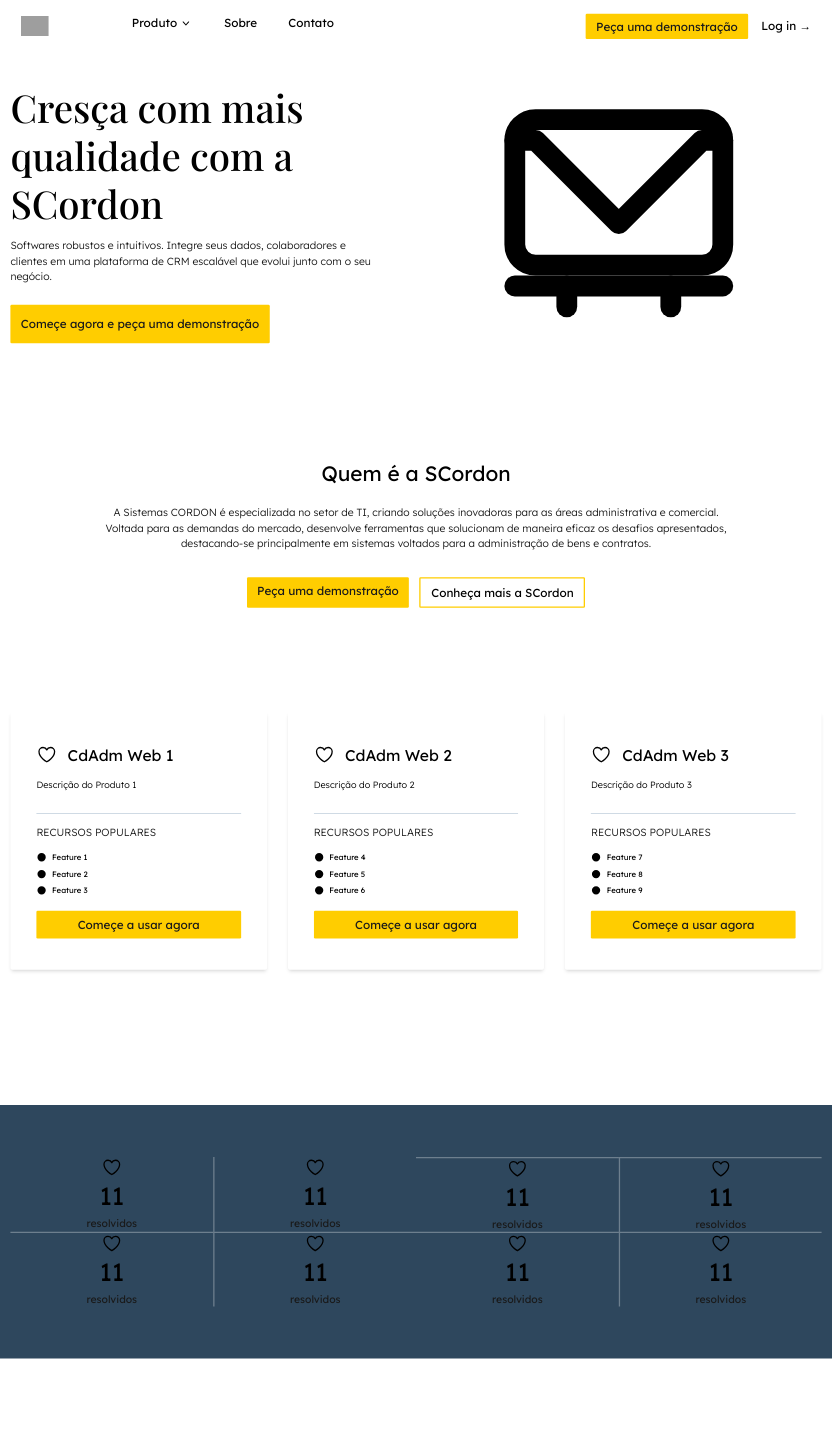
Repository: VereAbsolutum/site-institucional
Page: /
The author's editor kept a copy of each file at every save. The page is drawn from the files as they stood at one save, then again after the next save.
The browser window is 1280 px wide. The pictures show the whole page, at 65% of full size.
Pictures or frames that could not be fetched are drawn as grey boxes. The project was rebuilt for these pictures with package versions that can differ from the ones it lists, and the page was loaded fresh each time. Also part of the build but not shown: vite.config.ts, src/presentation/components/buttons/button-base.tsx, src/presentation/components/buttons/button-border-primary.tsx, src/presentation/components/buttons/button-primary.tsx, src/presentation/components/links/link-border-white.tsx, src/presentation/components/typography/heading3.tsx, src/presentation/pages/not-found/notFound.tsx.

Above is the page before, as saved 2023-04-15 22:51:48.

### src/App.tsx
import React from 'react'
import { BrowserRouter, Routes, Route } from "react-router-dom"
import { Home, NotFound } from './presentation/pages'

const App: React.FC = () => {
  return (
    <BrowserRouter >
      <Routes>
        <Route path='/' element={<Home />} />
        <Route path='*' element={<NotFound />} />
      </Routes>
    </BrowserRouter>
  )
}

export default App

### src/index.css
@import url('https://fonts.googleapis.com/css2?family=Lexend+Deca:wght@300;400&family=Manrope:wght@800&family=Playfair+Display:wght@500&display=swap');

@tailwind base;
@tailwind components;
@tailwind utilities;

### src/presentation/pages/index.ts
export { default as Home } from './home/home'
export { default as NotFound } from './not-found/notFound'

### src/presentation/pages/home/home.tsx
import { HeartIcon } from '@heroicons/react/24/outline';
import React from 'react';
import { Header, LinkBorderPrimary, LinkPrimary, TextDisplay, TextHeading1, TextHeading2, TextHeading3, TextMenu, TextParagraph } from '../../components';
import ProductCard from '../../components/card/product-card';
import { productCardData } from './components';

const home: React.FC = () => {
    return (
        <>
            <Header />
            <main>
                <section className='container py-12 mb-12'>
                    <div className='grid grid-cols-1 sm:grid-cols-2'>
                        <div className='grid grid-cols-1 gap-4 order-2 sm:order-1'>
                            <h1>
                                <TextDisplay>
                                    Cresça com mais qualidade com a SCordon
                                </TextDisplay>
                            </h1>
                            <p className='mb-4 pr-12'>
                                <TextParagraph>
                                    Softwares robustos e intuitivos. Integre seus dados, colaboradores e clientes em uma plataforma de CRM escalável que evolui junto com o seu negócio.
                                </TextParagraph>
                            </p>
                            <div>
                                <LinkPrimary className='py-4 block md:inline-block text-center lg:text-left hidden'>
                                    Começe agora e peça uma demonstração
                                </LinkPrimary>
                                <LinkPrimary className='py-4 block md:hidden text-center lg:text-left'>
                                    Peça uma demonstração
                                </LinkPrimary>
                            </div>
                        </div>
                        <div className='flex justify-center items-center order-1 sm:order-2'>
                            <svg xmlns="http://www.w3.org/2000/svg" width="150" height="150" viewBox="0 0 24 24" fill="none" stroke="currentColor" strokeWidth="2" strokeLinecap="round" strokeLinejoin="round" className="w-full h-auto sm:max-w-sm">
                                <rect x="2" y="3" width="20" height="14" rx="2" ry="2"></rect>
                                <path d="M22 5H20L12 13L4 5H2"></path>
                                <line x1="2" y1="19" x2="22" y2="19"></line>
                                <line x1="7" y1="19" x2="7" y2="21"></line>
                                <line x1="17" y1="19" x2="17" y2="21"></line>
                            </svg>
                        </div>
                    </div>
                </section>


                <section className='container py-20'>
                    <div className='text-center lg:px-36'>
                        <h2 className='mb-6'>
                            <TextHeading2>
                                Quem é a SCordon
                            </TextHeading2>
                        </h2>
                        <p className='mb-10'>
                            <TextParagraph>
                                A Sistemas CORDON é especializada no setor de TI, criando soluções inovadoras para as áreas administrativa e comercial. Voltada para as demandas do mercado, desenvolve ferramentas que solucionam de maneira eficaz os desafios apresentados, destacando-se principalmente em sistemas voltados para a administração de bens e contratos.
                            </TextParagraph>
                        </p>

                        <div className='flex flex-col sm:flex-row sm:justify-center gap-4'>
                            <LinkPrimary className='py-2'>
                                <TextMenu>
                                    Peça uma demonstração
                                </TextMenu>
                            </LinkPrimary>
                            <LinkBorderPrimary className='py-2'>
                                <TextMenu>
                                    Conheça mais a SCordon
                                </TextMenu>
                            </LinkBorderPrimary>
                        </div>
                    </div>
                </section>

                <section className='container py-20 mb-32'>
                    <div className='grid grid-cols-1 gap-8 md:grid-cols-2 lg:grid-cols-3'>
                        {productCardData && productCardData.map((data, index) =>
                            <ProductCard key={index} {...data} />
                        )}
                    </div>
                </section>

                {/* <section className='container py-20 mb-32'>
                    <div className='grid grid-cols-2 md:grid-cols-4 gap-6'>
                        <div className='flex flex-col items-center'>
                            <p>
                                <HeartIcon className="w-8 h-auto text-blue-500" />
                            </p>
                            <h3>
                                <TextHeading1>11</TextHeading1>
                            </h3>
                            <p>
                                <TextParagraph className='font-500'>
                                    resolvidos
                                </TextParagraph>
                            </p>
                        </div>

                        <div className='flex flex-col items-center'>
                            <p>
                                <HeartIcon className="w-8 h-auto text-blue-500" />
                            </p>
                            <h3>
                                <TextHeading1>11</TextHeading1>
                            </h3>
                            <p>
                                <TextParagraph className='font-500'>
                                    resolvidos
                                </TextParagraph>
                            </p>
                        </div>

                        <div className='flex flex-col items-center'>
                            <p>
                                <HeartIcon className="w-8 h-auto text-blue-500" />
                            </p>
                            <h3>
                                <TextHeading1>11</TextHeading1>
                            </h3>
                            <p>
                                <TextParagraph className='font-500'>
                                    resolvidos
                                </TextParagraph>
                            </p>
                        </div>

                        <div className='flex flex-col items-center'>
                            <p>
                                <HeartIcon className="w-8 h-auto text-blue-500" />
                            </p>
                            <h3>
                                <TextHeading1>11</TextHeading1>
                            </h3>
                            <p>
                                <TextParagraph className='font-500'>
                                    resolvidos
                                </TextParagraph>
                            </p>
                        </div>

                        <div className='flex flex-col items-center'>
                            <p>
                                <HeartIcon className="w-8 h-auto text-blue-500" />
                            </p>
                            <h3>
                                <TextHeading1>11</TextHeading1>
                            </h3>
                            <p>
                                <TextParagraph className='font-500'>
                                    resolvidos
                                </TextParagraph>
                            </p>
                        </div>

                        <div className='flex flex-col items-center'>
                            <p>
                                <HeartIcon className="w-8 h-auto text-blue-500" />
                            </p>
                            <h3>
                                <TextHeading1>11</TextHeading1>
                            </h3>
                            <p>
                                <TextParagraph className='font-500'>
                                    resolvidos
                                </TextParagraph>
                            </p>
                        </div>

                        <div className='flex flex-col items-center'>
                            <p>
                                <HeartIcon className="w-8 h-auto text-blue-500" />
                            </p>
                            <h3>
                                <TextHeading1>11</TextHeading1>
                            </h3>
                            <p>
                                <TextParagraph className='font-500'>
                                    resolvidos
                                </TextParagraph>
                            </p>
                        </div>

                        <div className='flex flex-col items-center'>
                            <p>
                                <HeartIcon className="w-8 h-auto text-blue-500" />
                            </p>
                            <h3>
                                <TextHeading1>11</TextHeading1>
                            </h3>
                            <p>
                                <TextParagraph className='font-500'>
                                    resolvidos
                                </TextParagraph>
                            </p>
                        </div>
                    </div>
                </section> */}


                <section className="container py-20 mb-32 bg-blue">
                    <div className="grid grid-cols-2 md:grid-cols-4 gap-0">
                        {Array.from({ length: 8 }, (_, i) => (
                            <div
                                key={i}
                                className={`flex flex-col items-center ${i % 2 !== 0 ? "border-l-2" : ""
                                    } ${Math.floor(i / 2) !== 0 ? "border-t-2" : ""} border-white border-opacity-30`}
                            >
                                <p>
                                    <HeartIcon className="w-8 h-auto text-blue-500" />
                                </p>
                                <h3>
                                    <TextHeading1>11</TextHeading1>
                                </h3>
                                <p>
                                    <TextParagraph className="font-500">resolvidos</TextParagraph>
                                </p>
                            </div>
                        ))}
                    </div>
                </section>


            </main>
        </>
    );
};

export default home;

### src/presentation/components/index.ts
export { default as Header } from './header/header'

export { default as ButtonBase } from './buttons/button-base'
export { default as ButtonBorderPrimary } from './buttons/button-border-primary'
export { default as ButtonPrimary } from './buttons/button-primary'

export { default as LinkBase } from './links/link-base'
export { default as LinkPrimary } from './links/link-primary'
export { default as LinkBorderPrimary } from './links/link-border-primary'
export { default as LinkBorderWhite } from './links/link-border-white'

export { default as TextBase } from './typography/text-base'
export { default as TextDisplay } from './typography/display'
export { default as TextHeading1 } from './typography/heading1'
export { default as TextHeading2 } from './typography/heading2'
export { default as TextHeading3 } from './typography/heading3'
export { default as TextParagraph } from './typography/paragraph'
export { default as TextParagraphSmall } from './typography/paragraph-small'
export { default as TextCaption } from './typography/caption'
export { default as TextMenu } from './typography/menu'

export { default as List } from './list/list'

### src/presentation/pages/home/components/index.ts
export * from './product-card-data'

### src/presentation/components/links/link-base.tsx
import React from 'react';

export type LinkBaseProps = React.AnchorHTMLAttributes<HTMLAnchorElement> & {
    className?: string;
};

const linkBase: React.FC<LinkBaseProps> = ({ children, className, ...rest }) => {
    const baseClasses =
        'duration-500 ease-in-out font-semibold cursor-pointer rounded-sm hover:bg-blue-700 focus:outline-none focus:ring-2 focus:ring-blue-400 focus:ring-opacity-75';

    return (
        <a className={`${baseClasses} ${className}`} {...rest}>
            {children}
        </a>
    );
};

export default linkBase;

### src/presentation/components/links/link-primary.tsx
// FilledButton.tsx
import React from 'react';
import { LinkBase } from '..';
import { LinkBaseProps } from './link-base';

const linkPrimary: React.FC<LinkBaseProps> = ({ className, ...rest }) => {
    const baseClasses = 'px-4 py-1 text-lg font-400 text-black duration-100 bg-yellow hover:bg-opacity-40 ';

    return <LinkBase className={`${baseClasses} ${className}`} {...rest} />;
};

export default linkPrimary;

### src/presentation/components/links/link-border-primary.tsx
// FilledButton.tsx
import React from 'react';
import { LinkBase } from '..';
import { LinkBaseProps } from './link-base';

const linkBorderPrimary: React.FC<LinkBaseProps> = ({ className, ...rest }) => {
    const baseClasses = 'px-4 py-1 hover:bg-yellow-300 duration-500 ease-in-out border border-solid border-2 border-yellow bg-transparent border text-blue-500';

    return <LinkBase className={`${baseClasses} ${className}`} {...rest} />;
};

export default linkBorderPrimary;

### src/presentation/components/typography/text-base.tsx
import React from 'react';

export type TextBaseProps = React.HTMLAttributes<HTMLSpanElement> & {
    className?: string;
};

const textBase: React.FC<TextBaseProps> = ({ children, className, ...rest }) => {
    const baseClasses = '';

    return (
        <span className={`${baseClasses} ${className}`} {...rest}>
            {children}
        </span>
    );
};

export default textBase;

### src/presentation/components/typography/display.tsx
import React from 'react';
import { TextBase } from '..';
import { TextBaseProps } from './text-base';

const textDisplay: React.FC<TextBaseProps> = ({ children, className, ...rest }) => {
    const baseClasses = 'text-[2.25rem] lg:text-3xl sm:pr-2 font-medium leading-tight font-display';

    return (
        <TextBase className={`${baseClasses} ${className}`} {...rest}>
            {children}
        </TextBase>
    );
};

export default textDisplay;

### src/presentation/components/typography/heading1.tsx
import React from 'react';
import { TextBase } from '..';
import { TextBaseProps } from './text-base';

const textHeading1: React.FC<TextBaseProps> = ({ children, className, ...rest }) => {
    const baseClasses = 'text-2xl font-semibold';

    return (
        <TextBase className={baseClasses}>
            {children}
        </TextBase>
    );
};

export default textHeading1;

### src/presentation/components/typography/heading2.tsx
import React from 'react';
import { TextBase } from '..';
import { TextBaseProps } from './text-base';

const textHeading2: React.FC<TextBaseProps> = ({ children, className, ...rest }) => {
    const baseClasses = 'text-xxl font-semibold';

    return (
        <TextBase className={baseClasses}>
            {children}
        </TextBase>
    );
};

export default textHeading2;

### src/presentation/components/typography/paragraph.tsx
import React from 'react';
import { TextBase } from '..';
import { TextBaseProps } from './text-base';

const textParagraph: React.FC<TextBaseProps> = ({ children, className, ...rest }) => {
    const baseClasses = 'text-base font-300 text-black';

    return (
        <TextBase className={`${baseClasses} ${className}`} {...rest}>
            {children}
        </TextBase>
    );
};

export default textParagraph;

### src/presentation/components/typography/paragraph-small.tsx
import React from 'react';
import { TextBase } from '..';
import { TextBaseProps } from './text-base';

const textParagraphSmall: React.FC<TextBaseProps> = ({ children, className, ...rest }) => {
    const baseClasses = 'text-sm font-300';

    return (
        <TextBase className={baseClasses} {...rest}>
            {children}
        </TextBase>
    );
};

export default textParagraphSmall;

### src/presentation/components/typography/caption.tsx
import React from 'react';
import { TextBase } from '..';
import { TextBaseProps } from './text-base';

const textCapiton: React.FC<TextBaseProps> = ({ children, className, ...rest }) => {
    const baseClasses = 'text-xs font-500';

    return (
        <TextBase className={baseClasses} {...rest}>
            {children}
        </TextBase>
    );
};

export default textCapiton;

### src/presentation/components/typography/menu.tsx
import React from 'react';
import { TextBase } from '..';
import { TextBaseProps } from './text-base';

const textMenu: React.FC<TextBaseProps> = ({ children, className, ...rest }) => {
    const baseClasses = 'text-lg font-500';

    return (
        <TextBase className={`${baseClasses} ${className}`} {...rest}>
            {children}
        </TextBase>
    );
};

export default textMenu;

### src/presentation/components/list/list.tsx
import React, { ReactNode } from 'react'
import { TextCaption } from '..'
import { Item } from './components'

export type ListProps = {
    items: string[]
}

const List: React.FC<ListProps> = ({ items }) => {
    return (
        <ul>
            {items && items.map((item, index) =>
                <Item key={index} value={item} />
            )}
        </ul>
    )
}

export default List

### src/presentation/pages/home/components/product-card-data.ts
import { ProductCardProps } from "../../../components/card/product-card";

export const productCardData: ProductCardProps[] = [
    {
        imageUrl: 'https://example.com/image1.jpg',
        title: 'CdAdm Web 1',
        description: 'Descrição do Produto 1',
        features: ['Feature 1', 'Feature 2', 'Feature 3'],
        ctaText: 'Começe a usar agora',
        ctaHref: '/get-started-1',
    },
    {
        imageUrl: 'https://example.com/image2.jpg',
        title: 'CdAdm Web 2',
        description: 'Descrição do Produto 2',
        features: ['Feature 4', 'Feature 5', 'Feature 6'],
        ctaText: 'Começe a usar agora',
        ctaHref: '/get-started-2',
    },
    {
        imageUrl: 'https://example.com/image3.jpg',
        title: 'CdAdm Web 3',
        description: 'Descrição do Produto 3',
        features: ['Feature 7', 'Feature 8', 'Feature 9'],
        ctaText: 'Começe a usar agora',
        ctaHref: '/get-started-3',
    },
];

### src/presentation/components/header/components/index.ts
export { default as MobileMenu } from './mobile-menu'
export { default as MainMenu } from './main-menu'

### src/presentation/components/list/components/index.ts
export { default as Item } from './item'

### src/presentation/components/list/components/item.tsx
import React, { ReactNode } from 'react';
import { TextCaption } from '../..';

export type Item = {
    value: ReactNode
}

const item: React.FC<Item> = ({ value }) => {
    return (
        <li className='list-none flex items-center mb-1'>
            <svg className="w-4 h-4 mr-2 text-green-500 h-[1.35rem]" viewBox="0 0 20 20" fill="currentColor">
                <path d="M10 18a8 8 0 100-16 8 8 0 000 16zm1-13a1 1 0 10-2 0v4a1 1 0 00.293.707l2.828 2.829a1 1 0 101.415-1.415L11 9.586V5z"></path>
            </svg>
            <TextCaption>
                {value}
            </TextCaption>
        </li>
    );
};

export default item;

Loaded but not shown: index.html (common file); src/main.tsx (common file); tailwind.config.js (53 lines, source omitted); src/presentation/components/header/components/mobile-menu.tsx (118 lines, source omitted); src/presentation/components/header/components/main-menu.tsx (79 lines, source omitted); src/presentation/components/header/header.tsx (86 lines, source omitted); src/presentation/components/card/product-card.tsx (48 lines, source omitted)

After the next save:
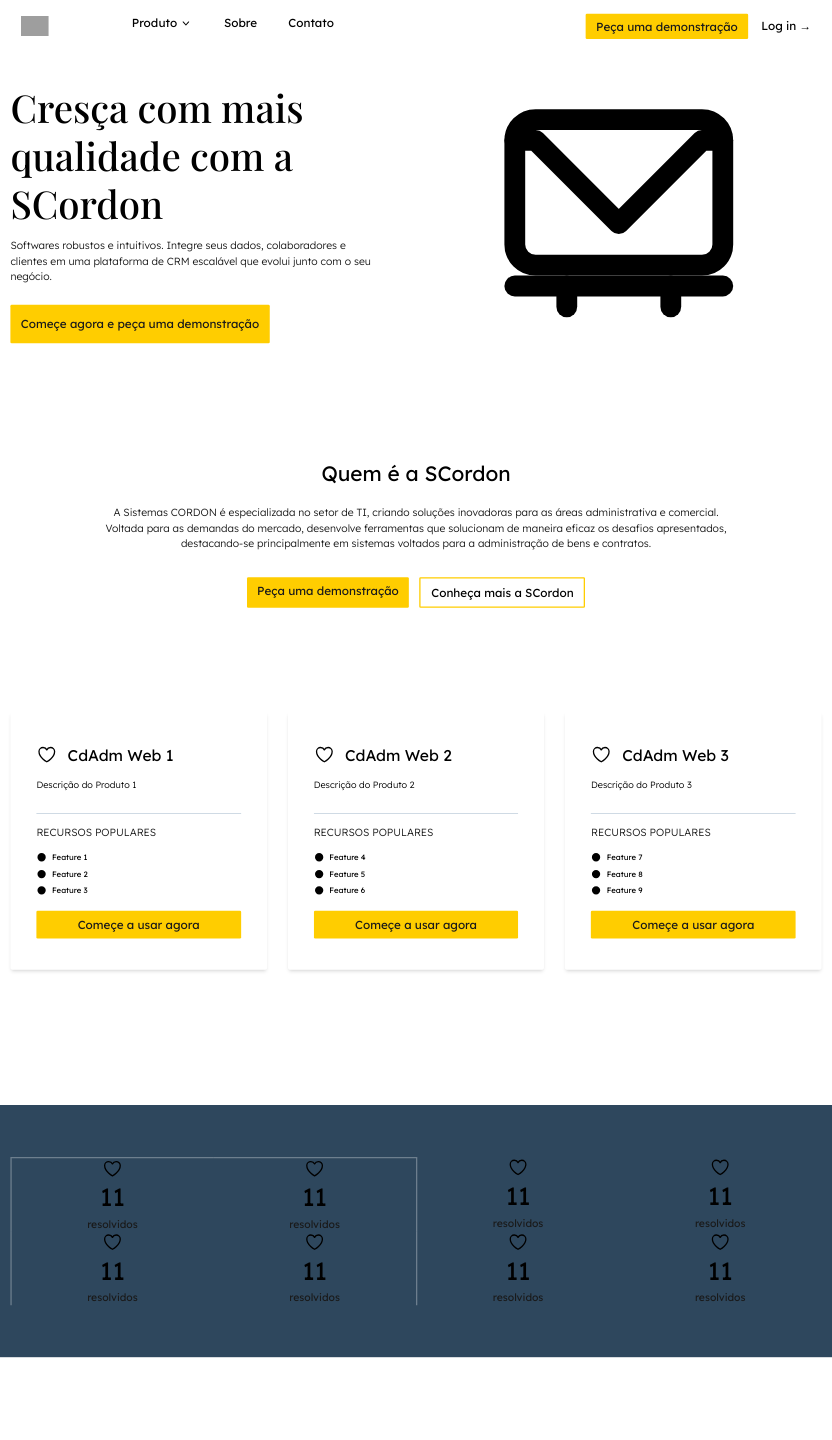
Saved 3 min 27 s later.
--- a/src/presentation/pages/home/home.tsx
+++ b/src/presentation/pages/home/home.tsx
@@ -202,8 +202,8 @@ const home: React.FC = () => {
                         {Array.from({ length: 8 }, (_, i) => (
                             <div
                                 key={i}
-                                className={`flex flex-col items-center ${i % 2 !== 0 ? "border-l-2" : ""
-                                    } ${Math.floor(i / 2) !== 0 ? "border-t-2" : ""} border-white border-opacity-30`}
+                                className={`flex flex-col items-center ${i % 2 == 0 ? "border-l-2" : ""
+                                    } ${Math.floor(i / 2) == 0 ? "border-t-2" : ""} border-white border-opacity-30`}
                             >
                                 <p>
                                     <HeartIcon className="w-8 h-auto text-blue-500" />
